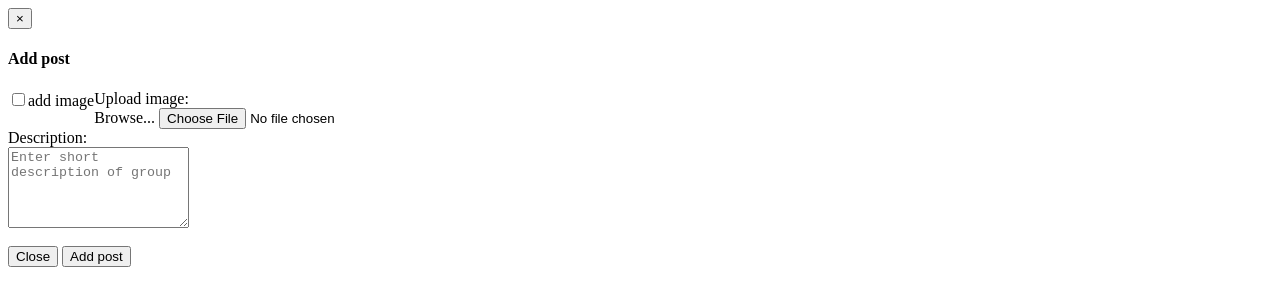
Repository: aziza-kamet/comet-a
Page: http://localhost/modules/logged/add_post_u.php?act=add_wall_u
The author's editor kept a record of every edit. The page is drawn from the files as they stood at one moment, then again after the next edit.
The browser window is 1280 px wide. The pictures show the whole page.
The page is run by PHP 8.4 with error messages shown; the project is at /var/www/html/.

Above is the page before.

### modules/logged/add_post_u.php
<!-- Modal -->
<div class="modal fade" id="addModal" tabindex="-1" role="dialog" aria-labelledby="myModalLabel" aria-hidden="true">
  <div class="modal-dialog">
    <div class="modal-content">
      <div class="modal-header">
        <button type="button" class="close" data-dismiss="modal" aria-label="Close"><span aria-hidden="true">&times;</span></button>
        <h4 class="modal-title" id="myModalLabel">Add post</h4>
      </div>
      <form class="form-horizontal" role="form" action="?act=add_wall_u" method="post" enctype="multipart/form-data">
        <div class="modal-body">
              <div class="form-group">
                <label class="control-label col-sm-3" for="name"></label>
                <div class="col-sm-9">
        			    <div class="checkbox" style="float:left">
                    <label style="float:right;"><input id="img" type="checkbox" name="checkbox_img" value="img" onclick="show()">add image</label>
                  </div>
                </div>
      			  </div>
      			  <div class="form-group">
      			    <label class="control-label col-sm-3" for="name">Upload image:</label>
      			    <div class="col-sm-9">
      			      <span class="btn btn-default btn-file">
      			        Browse... <input class="btn" type="file" name = "image">
      			      </span>
      			    </div>
      			  </div>
      			  <div class="form-group">
      			    <label class="control-label col-sm-3" for="name">Description:</label>
      			    <div class="col-sm-9">
          			    <textarea class="form-control" name="wall_text" rows="5" id="description" placeholder="Enter short description of group"></textarea>
      			    </div>
      			  </div><br>
        </div>
        <div class="modal-footer">
          <button type="button" class="btn btn-default" data-dismiss="modal">Close</button>
          <input type="submit" class="btn btn-primary" value="Add post">
          <input type="hidden" name="uid" value="<?php if(isset($_GET['uid'])){echo $_GET['uid'];}?>">
        </div>
   		</form>
    </div>
  </div>
</div>

<script type="text/javascript">

   function show(){

     if(document.getElementById("img").checked){

       document.getElementById("hidden").style.display = "inherit";

     }else{

       document.getElementById("hidden").style.display = "none";

     }

   }

</script>

After the next edit:
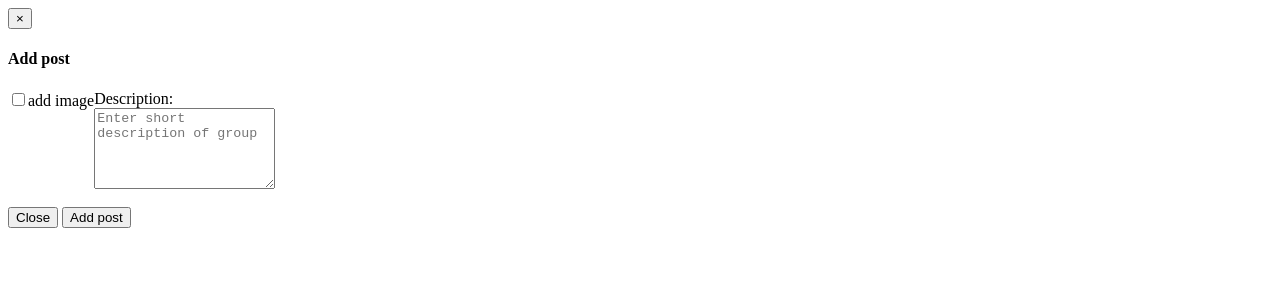
The edit:
--- a/modules/logged/add_post_u.php
+++ b/modules/logged/add_post_u.php
@@ -16,7 +16,7 @@
                   </div>
                 </div>
       			  </div>
-      			  <div class="form-group">
+      			  <div class="form-group" id="hidden" style="display:none">
       			    <label class="control-label col-sm-3" for="name">Upload image:</label>
       			    <div class="col-sm-9">
       			      <span class="btn btn-default btn-file">
